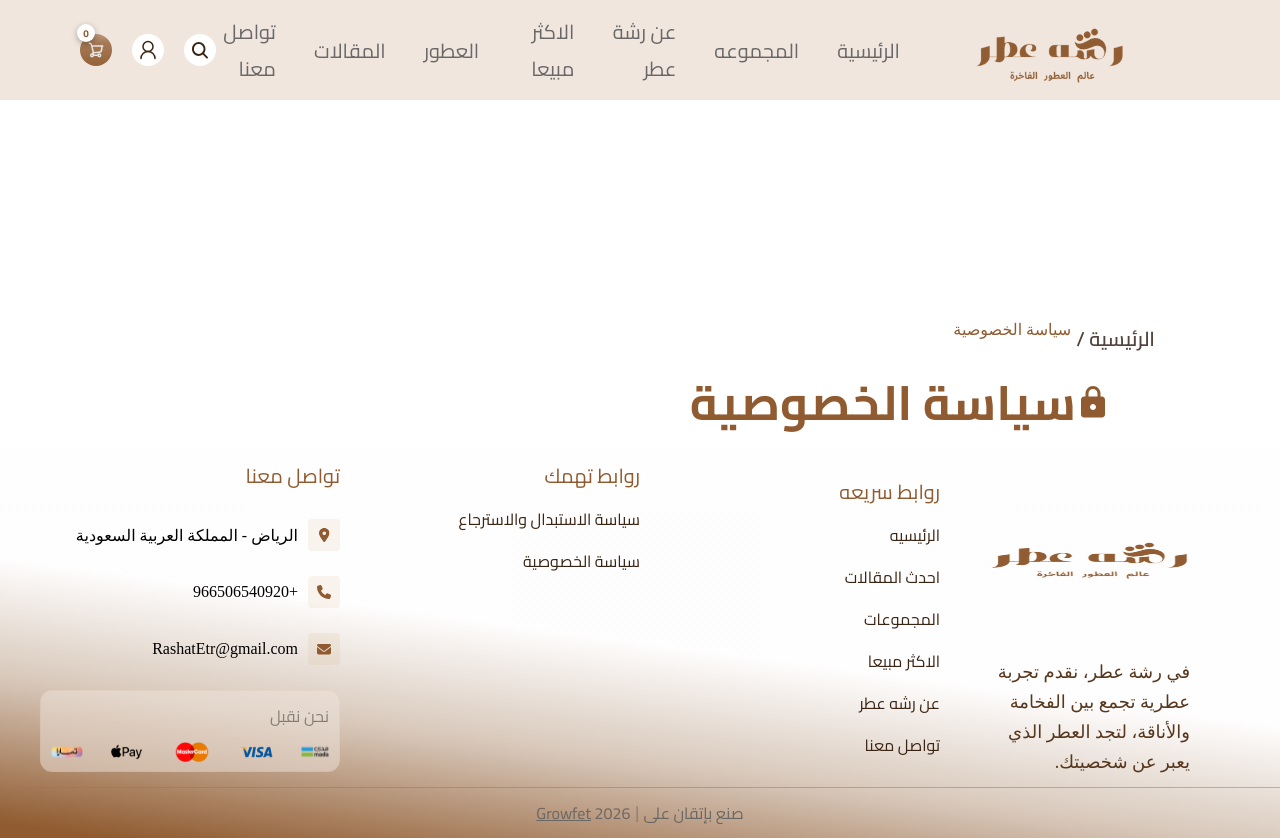
Repository: mahmoudesh74/rashet-3tr
Page: /PrivacyPolicyPage
The author's editor kept a copy of each file at every save. The page is drawn from the files as they stood at one save, then again after the next save.
The browser window is 1280 px wide. The pictures show the whole page.
Some web fonts or font styles are not loaded; a fallback is used. The project was rebuilt for these pictures with package versions that can differ from the ones it lists, and the page was loaded fresh each time. Also part of the build but not shown: vite.config.js, src/App.css, src/components/HeaderSection/Header.jsx, src/components/GroupSection/GroupSection.css, src/components/GroupSection/GroupSection.jsx, src/components/AboutSection/AboutSection.css, src/components/AboutSection/AboutSection.jsx, src/components/BestSeller/BestSeller.css and 16 more. Imported but missing from the stored project, and not drawn on this page: src/assets/vedio.mp4.

Above is the page before, as saved 2026-09-23 10:59:40.

After the next save:
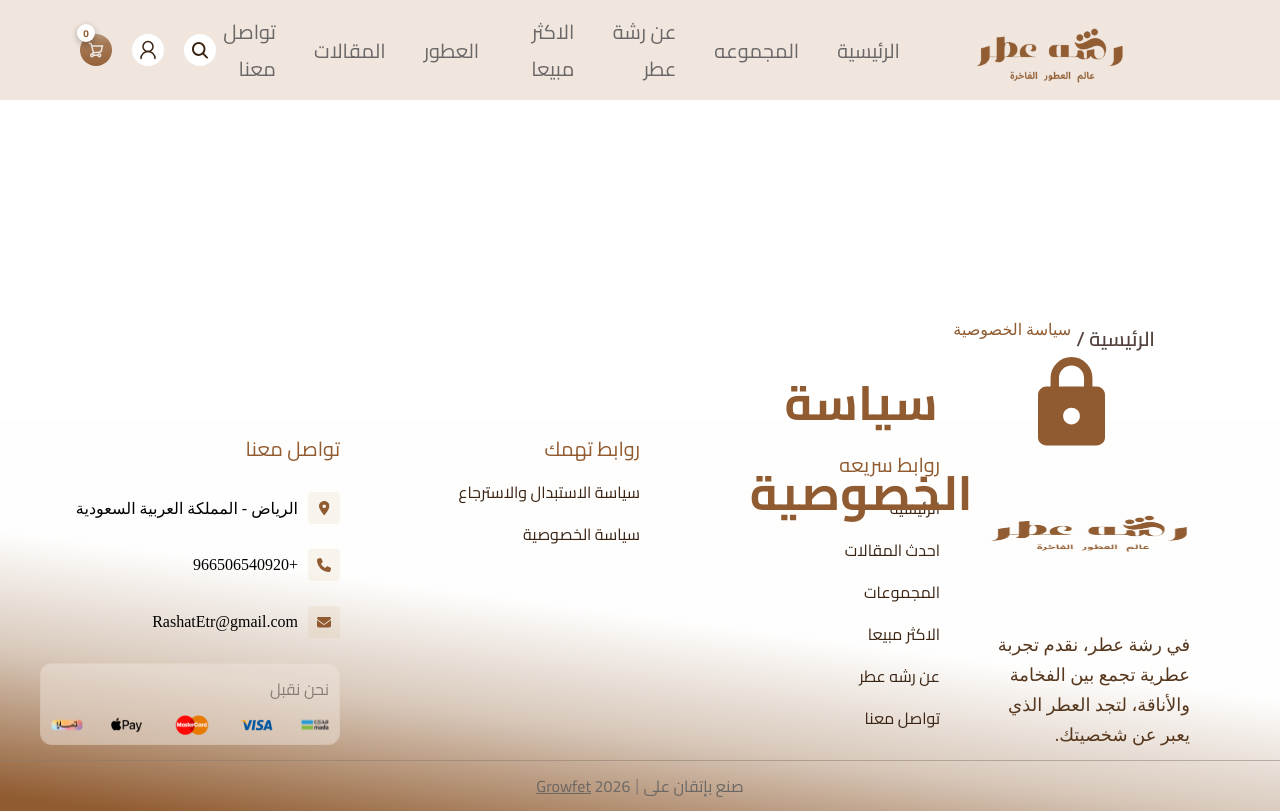
Saved 20 s later.
--- a/src/pages/PrivacyPolicy/privacyPolicy.css
+++ b/src/pages/PrivacyPolicy/privacyPolicy.css
@@ -3,7 +3,8 @@
   padding-right: 50px;
 }
 .HeaderContent{
-    width:100%
+    width:100%;
+    height: 300px;
 }
 .privacyPolicyTitle {
   display: flex;
